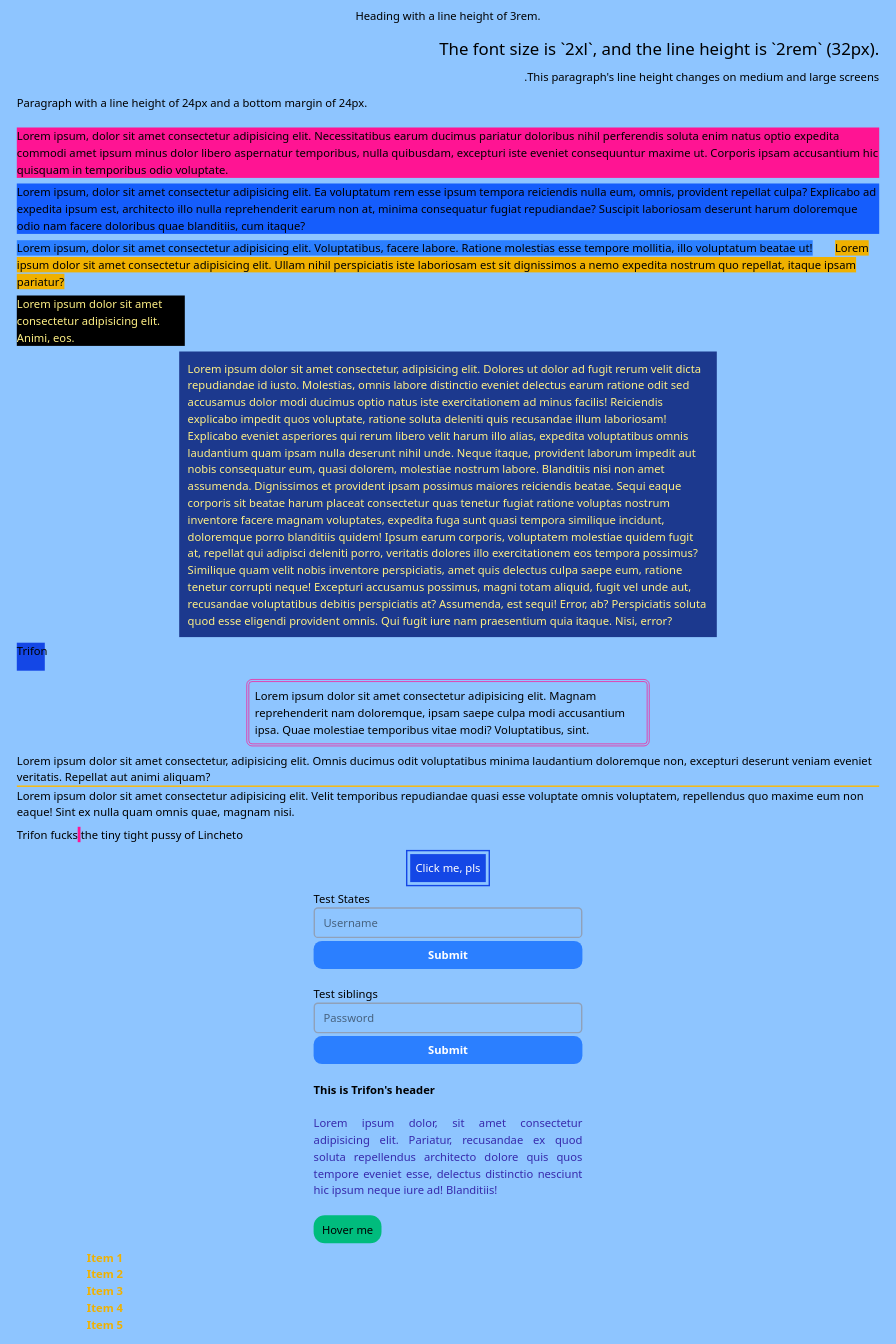
Repository: DinTri/TailwindCss
Page: index.html
These files come from the project's save history. The page is drawn as it stood at one moment and after the next save; the edit follows.
The browser window is 1280 px wide. The pictures show the part of the page from y = 1273 to 3193 px (the page is 3193 px tall), at 70% of full size.
Some web fonts or font styles are not loaded; a fallback is used.

Above is the page before, as saved 2025-06-15 18:18:30.

### index.html
<!DOCTYPE html>
<html lang="en">
  <head>
    <meta charset="UTF-8">
    <meta name="viewport" content="width=device-width, initial-scale=1">
    <title>Play with Tailwind</title>
    <link rel="preconnect" href="https://fonts.googleapis.com">
<link rel="preconnect" href="https://fonts.gstatic.com" crossorigin>
<link href="https://fonts.googleapis.com/css2?family=Edu+VIC+WA+NT+Hand+Pre:wght@400..700&display=swap" rel="stylesheet">
    <link rel="stylesheet" href="style.css">
    </head>
  <body class="h-screen bg-blue-300">
    <div class="m-2 p-4 space-y-2">
      <section class="text-center py-6">
  <h1 class="text-5xl leading-tight font-bold">
    Welcome to Our Product
  </h1>
  <p class="text-xl leading-relaxed mt-4">
    Discover features that will change the way you work.
  </p>
</section>
<div class="product-description">
  <h2 class="text-2xl leading-snug">
    Product Features
  </h2>
  <ul class="list-disc pl-5 leading-normal">
    <li>High-quality materials</li>
    <li>Innovative design</li>
    <li>Exceptional performance</li>
  </ul>
</div>
<form class="max-w-md mx-auto">
  <label id="testLabel" class="block text-sm leading-tight mb-2">
    Email Address
  </label>
  <input type="email" aria-labelledby="testLabel" class="w-full border rounded px-3 py-2 mb-4">
  <small class="text-xs leading-snug text-gray-600">
    We'll never share your email with anyone else.
  </small>
</form>
    <p class="text-3xl leading-none">Lorem ipsum dolor sit amet consectetur adipisicing elit. Nulla, aliquam cupiditate! Blanditiis ipsum, voluptas necessitatibus vel eos suscipit nam possimus ducimus magni consequuntur earum numquam. Omnis ut voluptatum aliquam, architecto sed ad, velit magnam voluptate delectus, a maxime minima at ullam temporibus?</p>
    <p class="text-base leading-normal font-[var(--font-extbold)]">
  This text scales smoothly with font size changes.
</p>
<h1 class="text-4xl leading-10 text-right">
  Precise Heading Alignment
</h1>
<p class="text-2xl font-medium text-[var(--color-deeppink)]">
  This text is deep pink!
</p>
<div class="bg-black p-4">
<p class="text-2xl text-[var(--color-turquoise)]">
  This text uses a custom turquoise color!
</p>
</div>
<div class="bg-gray-100 p-4">
  <p class="text-[#000080] text-2xl">
    This navy blue text stands out on a light gray background.
  </p>
  <p class="line-through">Lorem ipsum, dolor sit amet consectetur adipisicing elit. Porro id suscipit quaerat minus corporis hic nobis ipsa ut distinctio esse?</p>
  <p class="underline underline-offset-4">Lorem ipsum dolor sit amet consectetur adipisicing elit. Cum placeat laboriosam illum officia aliquid quibusdam sed perferendis temporibus a architecto?</p>
  <p class="underline decoration-amber-500 decoration-wavy">Lorem ipsum dolor sit amet consectetur adipisicing elit. Illo, explicabo! Omnis odit non eum tempore corrupti atque illum nemo libero.</p>
</div>
<ul class="list-[upper-roman] p-[revert]">
  <li>item 1</li>
  <li>item 2</li>
  <li>item 3</li>
</ul>
<ul class="list-emoji pl-6">
  <li class="before:content-['🔥'] before:mr-2">Fire</li>
  <li class="before:content-['⭐'] before:mr-2">Star</li>
  <li class="before:content-['🍆'] before:mr-2">Dick</li>
  <li class="before:content-['👉👌💦'] before:mr-2">Fuck</li>
  <li class="before:content-['💖💗🥰💞'] before:mr-2">Love</li>
</ul>
<p class="text-lg/relaxed">
  The font size is `lg`, and the line height is `relaxed`.
</p>
<p class="leading-relaxed" lang="ja">
  日本語のテキストがここに入ります。
</p>
<p class="leading-[1.45]">
  This paragraph has a custom line height of 1.45.
</p>
<p class="text-justify">Lorem ipsum dolor sit amet consectetur, adipisicing elit. Accusantium quasi porro harum recusandae, molestiae reprehenderit fugiat aut, voluptate in voluptatem corporis, error quod veritatis cum esse consequatur est quidem ratione officia vel tenetur quas incidunt. Molestias eligendi praesentium tenetur reprehenderit provident ipsam voluptates deleniti, animi quas velit. Fugiat, aliquam earum!</p>
<h1 class="leading-[3rem] text-center">
  Heading with a line height of 3rem.
</h1>
<p class="text-2xl/8 text-end">
  The font size is `2xl`, and the line height is `2rem` (32px).
</p>
<p class="leading-normal md:leading-relaxed lg:leading-loose text-start" dir="rtl">
  This paragraph's line height changes on medium and large screens.
</p>
<p class="text-base leading-6 mb-6">
  Paragraph with a line height of 24px and a bottom margin of 24px.
</p>
<div class="space-y-2">
  <p class="bg-[var(--color-deeppink)]">Lorem ipsum, dolor sit amet consectetur adipisicing elit. Necessitatibus earum ducimus pariatur doloribus nihil perferendis soluta enim natus optio expedita commodi amet ipsum minus dolor libero aspernatur temporibus, nulla quibusdam, excepturi iste eveniet consequuntur maxime ut. Corporis ipsam accusantium hic quisquam in temporibus odio voluptate.</p>
  <p class="bg-blue-600">Lorem ipsum, dolor sit amet consectetur adipisicing elit. Ea voluptatum rem esse ipsum tempora reiciendis nulla eum, omnis, provident repellat culpa? Explicabo ad expedita ipsum est, architecto illo nulla reprehenderit earum non at, minima consequatur fugiat repudiandae? Suscipit laboriosam deserunt harum doloremque odio nam facere doloribus quae blanditiis, cum itaque?</p>
</div>
<div class="space-x-8">
  <span class="bg-blue-500">Lorem ipsum, dolor sit amet consectetur adipisicing elit. Voluptatibus, facere labore. Ratione molestias esse tempore mollitia, illo voluptatum beatae ut!</span><span class="bg-yellow-500">Lorem ipsum dolor sit amet consectetur adipisicing elit. Ullam nihil perspiciatis iste laboriosam est sit dignissimos a nemo expedita nostrum quo repellat, itaque ipsam pariatur?</span>
</div>
<p class="bg-black text-yellow-200 w-60">Lorem ipsum dolor sit amet consectetur adipisicing elit. Animi, eos.</p>
<div class="bg-blue-900 text-yellow-200 max-w-screen-md mx-auto p-3">Lorem ipsum dolor sit amet consectetur, adipisicing elit. Dolores ut dolor ad fugit rerum velit dicta repudiandae id iusto. Molestias, omnis labore distinctio eveniet delectus earum ratione odit sed accusamus dolor modi ducimus optio natus iste exercitationem ad minus facilis! Reiciendis explicabo impedit quos voluptate, ratione soluta deleniti quis recusandae illum laboriosam! Explicabo eveniet asperiores qui rerum libero velit harum illo alias, expedita voluptatibus omnis laudantium quam ipsam nulla deserunt nihil unde. Neque itaque, provident laborum impedit aut nobis consequatur eum, quasi dolorem, molestiae nostrum labore. Blanditiis nisi non amet assumenda. Dignissimos et provident ipsam possimus maiores reiciendis beatae. Sequi eaque corporis sit beatae harum placeat consectetur quas tenetur fugiat ratione voluptas nostrum inventore facere magnam voluptates, expedita fuga sunt quasi tempora similique incidunt, doloremque porro blanditiis quidem! Ipsum earum corporis, voluptatem molestiae quidem fugit at, repellat qui adipisci deleniti porro, veritatis dolores illo exercitationem eos tempora possimus? Similique quam velit nobis inventore perspiciatis, amet quis delectus culpa saepe eum, ratione tenetur corrupti neque! Excepturi accusamus possimus, magni totam aliquid, fugit vel unde aut, recusandae voluptatibus debitis perspiciatis at? Assumenda, est sequi! Error, ab? Perspiciatis soluta quod esse eligendi provident omnis. Qui fugit iure nam praesentium quia itaque. Nisi, error?</div>
<div class="bg-blue-700 size-10 mb-3">Trifon</div>
<p class="max-w-xl mx-auto border-4 border-[#ff1493] border-double rounded-lg p-2">Lorem ipsum dolor sit amet consectetur adipisicing elit. Magnam reprehenderit nam doloremque, ipsam saepe culpa modi accusantium ipsa. Quae molestiae temporibus vitae modi? Voluptatibus, sint.</p>
<div class="divide-y-2 divide-amber-400">
  <p class="">Lorem ipsum dolor sit amet consectetur, adipisicing elit. Omnis ducimus odit voluptatibus minima laudantium doloremque non, excepturi deserunt veniam eveniet veritatis. Repellat aut animi aliquam?</p>
  <p class="">Lorem ipsum dolor sit amet consectetur adipisicing elit. Velit temporibus repudiandae quasi esse voluptate omnis voluptatem, repellendus quo maxime eum non eaque! Sint ex nulla quam omnis quae, magnam nisi.</p>
</div>
<div class="divide-x-4 divide-[#ff1493] mb-4"><span>Trifon fucks</span><span>the tiny tight pussy of Lincheto</span></div>
<button class="outline-2 outline-blue-700 outline-offset-4 p-2 flex items-center justify-center mx-auto bg-blue-700 text-white mb-3 cursor-pointer">Click me, pls</button>
<form class="max-w-sm mx-auto space-y-6">
  <div>
  <label for="my">Test States</label>
  <input minlength="6" placeholder="Username" type="text" id="my" class="peer/username w-full border-slate-400 border-2 rounded-md px-3 py-2 mb-1 focus:outline-sky-600" />
  <p class="text-red-500 hidden peer-focus/username:block">Minimum 6 chars</p>
  <button type="submit" class="w-full bg-blue-500 text-white px-3 py-2 cursor-pointer rounded-xl font-semibold hover:bg-sky-700 hover:font-bold active:bg-red-500">Submit</button>
  </div>
  <div>
  <label for="my">Test siblings</label>
  <input minlength="8" type="password" id="my" placeholder="Password" class="peer/password w-full border-slate-400 border-2 rounded-md px-3 py-2 mb-1 focus:outline-sky-600" />
  <p class="text-red-500 hidden peer-invalid/password:block">Minimum 8 chars</p>
  <button type="submit" class="w-full bg-blue-500 text-white px-3 py-2 cursor-pointer rounded-xl font-semibold hover:bg-sky-700 hover:font-bold active:bg-red-500">Submit</button>
  </div>
</form>

<div class="group/parent1 space-y-6 max-w-sm mx-auto mt-6 hover:bg-[#ff1453]">
  <h3 class="font-semibold group-hover/parent1:text-white">This is Trifon's header</h3>
  <p class="text-indigo-800 text-justify group-hover/parent1:text-white">Lorem ipsum dolor, sit amet consectetur adipisicing elit. Pariatur, recusandae ex quod soluta repellendus architecto dolore quis quos tempore eveniet esse, delectus distinctio nesciunt hic ipsum neque iure ad! Blanditiis!</p>
  <button disabled class="group/parent2 group-hover:text-white bg-emerald-800 rounded-2xl disabled:bg-emerald-500 disabled:cursor-not-allowed px-3 py-2">Hover me <span class="hidden group-hover/parent2:inline text-white">You will see some magic, just hover me. Yeah... but you are disabled, shame on you</span></button></div>
  <ul class="pl-25 *:text-yellow-500 font-semibold">
    <li class="">Item 1</li>
    <li class="">Item 2</li>
    <li class="">Item 3</li>
    <li class="">Item 4</li>
    <li class="">Item 5</li>
  </ul>
</div>

  </body>
</html>

Loaded but not shown: style.css (2230 lines, source omitted)

After the next save:
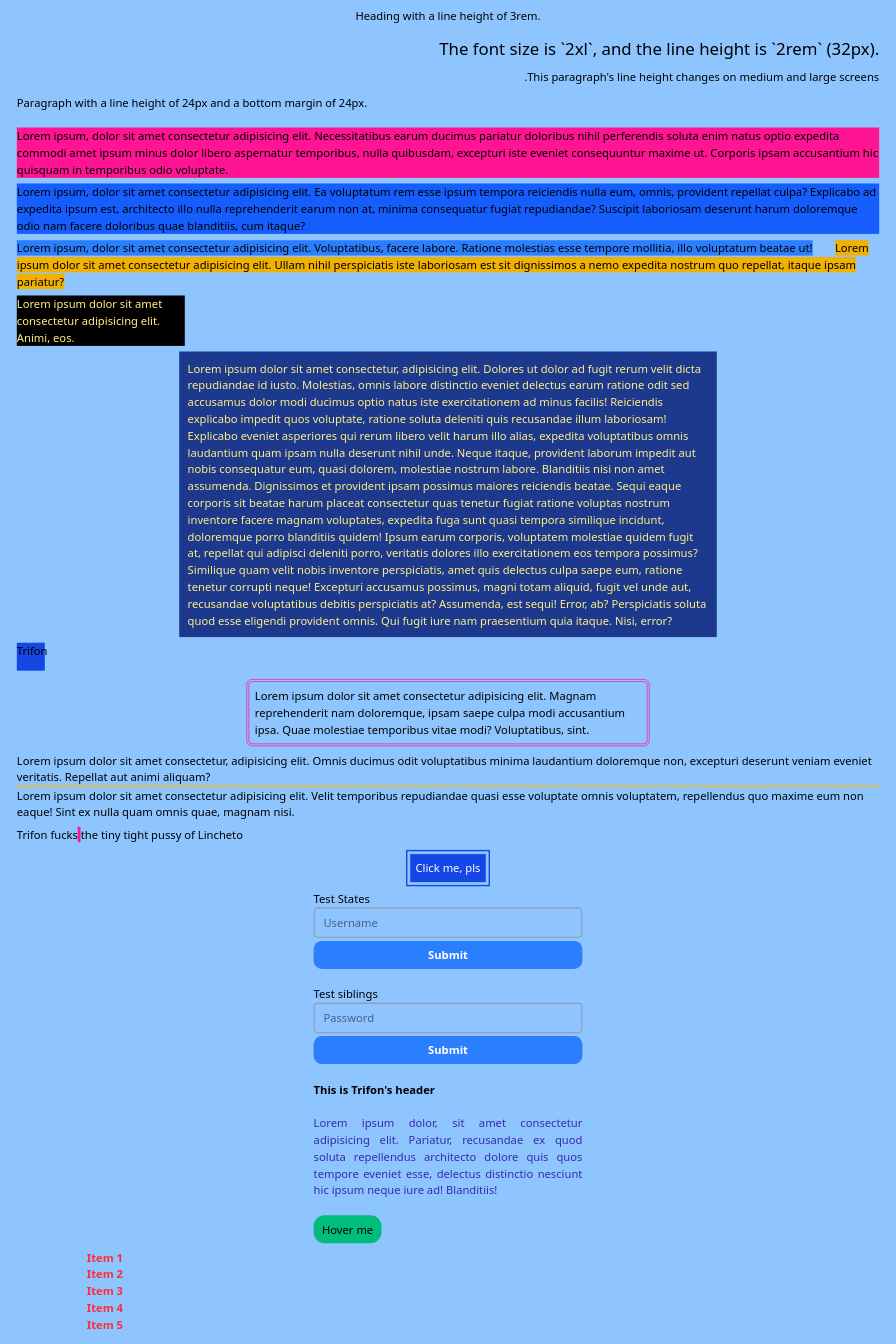
Saved 14 s later.
--- a/index.html
+++ b/index.html
@@ -131,7 +131,7 @@
   <h3 class="font-semibold group-hover/parent1:text-white">This is Trifon's header</h3>
   <p class="text-indigo-800 text-justify group-hover/parent1:text-white">Lorem ipsum dolor, sit amet consectetur adipisicing elit. Pariatur, recusandae ex quod soluta repellendus architecto dolore quis quos tempore eveniet esse, delectus distinctio nesciunt hic ipsum neque iure ad! Blanditiis!</p>
   <button disabled class="group/parent2 group-hover:text-white bg-emerald-800 rounded-2xl disabled:bg-emerald-500 disabled:cursor-not-allowed px-3 py-2">Hover me <span class="hidden group-hover/parent2:inline text-white">You will see some magic, just hover me. Yeah... but you are disabled, shame on you</span></button></div>
-  <ul class="pl-25 *:text-yellow-500 font-semibold">
+  <ul class="pl-25 *:text-red-500 font-semibold">
     <li class="">Item 1</li>
     <li class="">Item 2</li>
     <li class="">Item 3</li>
